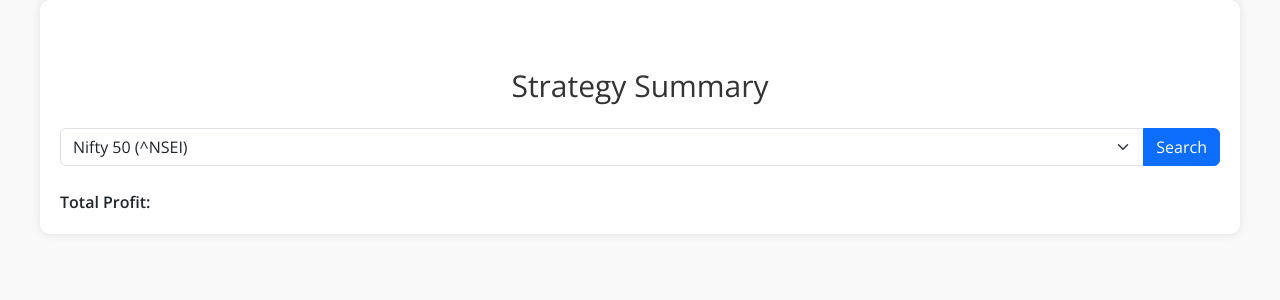
Repository: shiv-aye/stockEye
Page: src/index.html
These files come from the project's save history. The page is drawn as it stood at one moment and after the next save; the edit follows.
The browser window is 1280 px wide. The pictures show the whole page.
The page's requests for data from a server got no answer.

Above is the page before, as saved 2024-02-15 02:09:08.

After the next save:
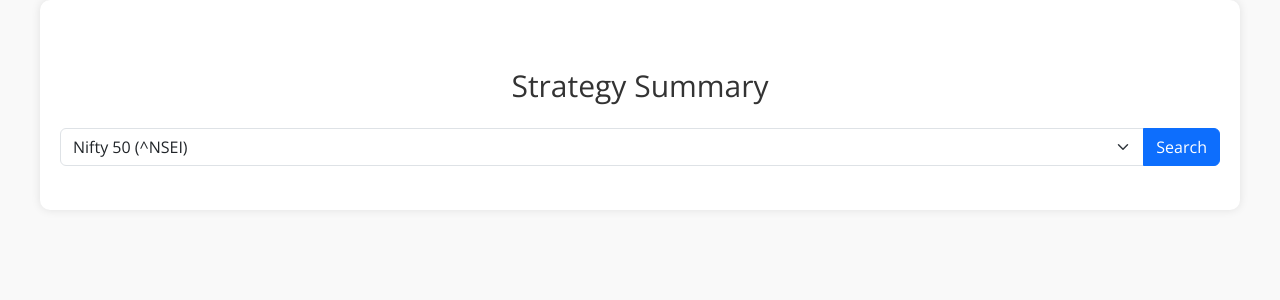
Saved 43 s later.
--- a/src/index.html
+++ b/src/index.html
@@ -31,11 +31,6 @@
         <!-- Container for table -->
         <div id="table-container" class="mt-4">
             <!-- Table will be appended here -->
-        </div>
-
-        <!-- Total Profit -->
-        <div class="mt-4">
-            <strong>Total Profit:</strong> <span id="total-profit"></span>
         </div>
     </div>
 
@@ -95,7 +90,7 @@
             // Create table header
             const thead = document.createElement('thead');
             const headerRow = document.createElement('tr');
-            ['Date', 'Closing Price', '% Change (Day)', '% Change (Week)', 'Buy/Sell', 'Profit'].forEach(column => {
+            ['Date', 'Closing Price', '% Change (Day)', '% Change (Week)'].forEach(column => {
                 const th = document.createElement('th');
                 th.textContent = column;
                 headerRow.appendChild(th);
@@ -105,8 +100,7 @@
 
             // Create table body
             const tbody = document.createElement('tbody');
-            let totalProfit = 0; // Initialize total profit
-            stockData.forEach((item, index) => {
+            stockData.forEach(item => {
                 const row = document.createElement('tr');
                 ['date', 'closingPrice', 'percentChangeDay', 'percentChangeWeek'].forEach(property => {
                     const cell = document.createElement('td');
@@ -116,28 +110,16 @@
                         value = value.toFixed(3);
                     }
                     cell.textContent = value;
+                    // Add class based on value type
+                    if (value < 0) {
+                        cell.classList.add('negative');
+                    } else if (value > 0) {
+                        cell.classList.add('positive');
+                    } else {
+                        cell.classList.add('empty');
+                    }
                     row.appendChild(cell);
                 });
-
-                // Determine Buy/Sell and Profit
-                const buySellCell = document.createElement('td');
-                const profitCell = document.createElement('td');
-                if (item.percentChangeDay <= -5) { // If % change is 5 or more in negative, Buy
-                    buySellCell.textContent = 'Buy';
-                    // Check if profit after selling at 2% increase
-                    const nextItem = stockData[index + 1];
-                    if (nextItem && ((nextItem.closingPrice - item.closingPrice) / item.closingPrice) * 100 >= 2) {
-                        const profit = ((nextItem.closingPrice - item.closingPrice) / item.closingPrice) * 100;
-                        profitCell.textContent = profit.toFixed(3) + '%';
-                        totalProfit += profit;
-                    }
-                } else {
-                    buySellCell.textContent = '-';
-                    profitCell.textContent = '-';
-                }
-                row.appendChild(buySellCell);
-                row.appendChild(profitCell);
-
                 tbody.appendChild(row);
             });
 
@@ -145,9 +127,6 @@
 
             // Append table to container
             tableContainer.appendChild(table);
-
-            // Display total profit
-            document.getElementById('total-profit').textContent = totalProfit.toFixed(3) + '%';
 
             // Initialize DataTable with sorting and filtering enabled
             $(document).ready(function () {
